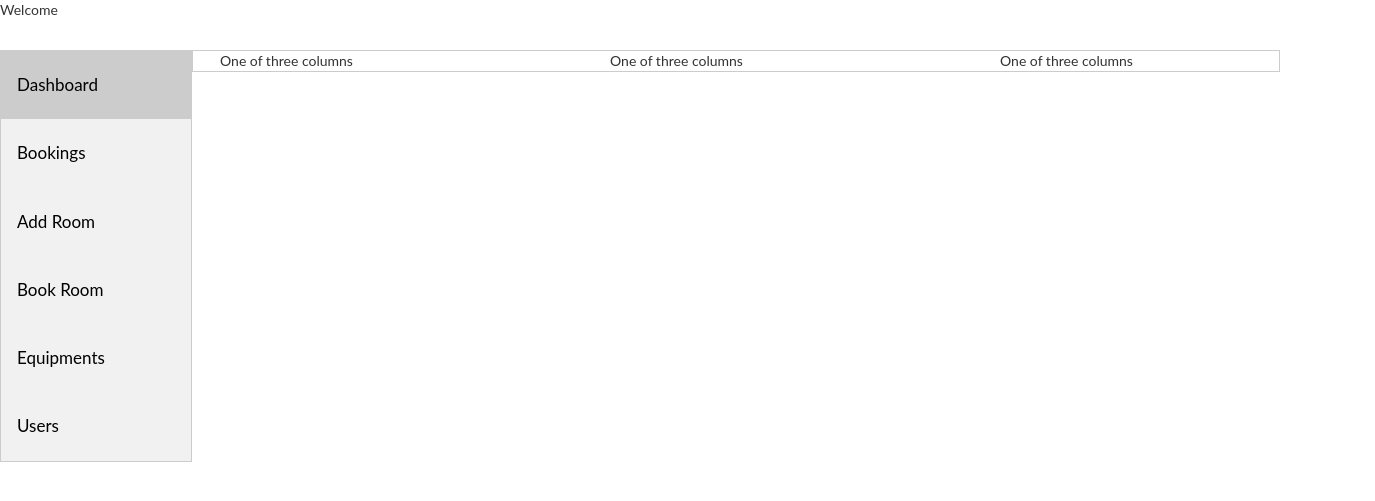
Repository: abhi608/visa_tutorial
Page: meetingroomapp/src/main/resources/static/dashboardView.html
An editor plug-in stored every save of this project. The page is shown before and after the next save, followed by the edit.
The browser window is 1280 px wide. The page is 1375 px wide, so the pictures cover 1375 px, including what lies to the right of the window. The pictures show the whole page.

Above is the page before, as saved 2018-08-07 07:17:46.

After the next save:
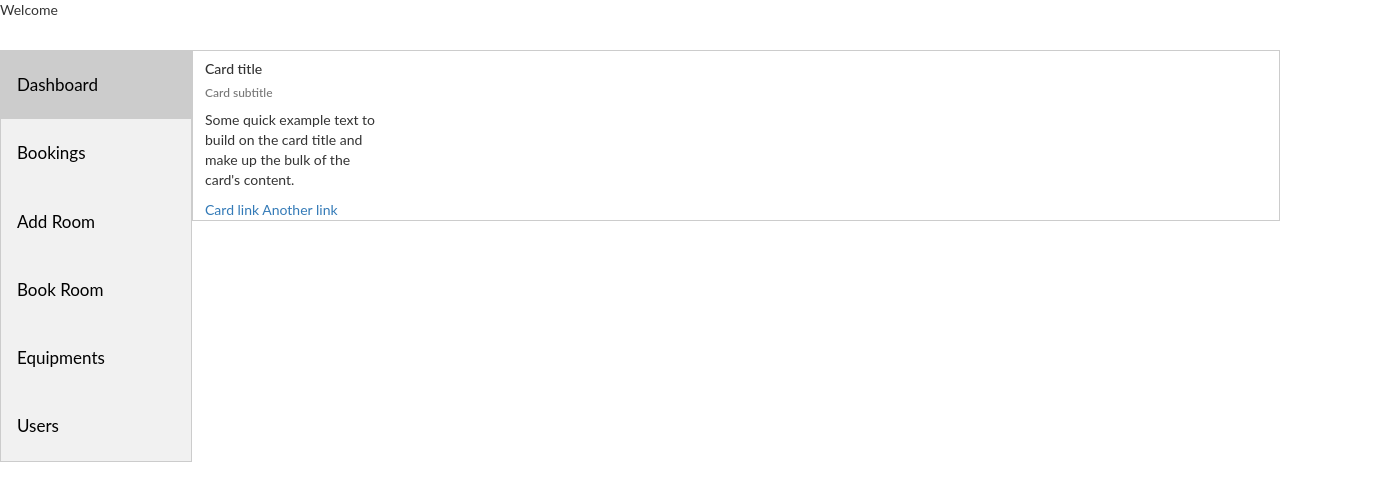
Saved 11 min 7 s later.
--- a/meetingroomapp/src/main/resources/static/dashboardView.html
+++ b/meetingroomapp/src/main/resources/static/dashboardView.html
@@ -72,15 +72,15 @@ body {font-family: "Lato", sans-serif;}
 <div id="Dashboard" class="tabcontent">
   <div class="container">
 	  <div class="row">
-	    <div class="col-sm-4">
-	      One of three columns
-	    </div>
-	    <div class="col-sm-4">
-	      One of three columns
-	    </div>
-	    <div class="col-sm-4">
-	      One of three columns
-	    </div>
+	    <div class="card" style="width: 18rem;">
+  <div class="card-body">
+    <h5 class="card-title">Card title</h5>
+    <h6 class="card-subtitle mb-2 text-muted">Card subtitle</h6>
+    <p class="card-text">Some quick example text to build on the card title and make up the bulk of the card's content.</p>
+    <a href="#" class="card-link">Card link</a>
+    <a href="#" class="card-link">Another link</a>
+  </div>
+</div>
 	  </div>
   </div>
  </div>
